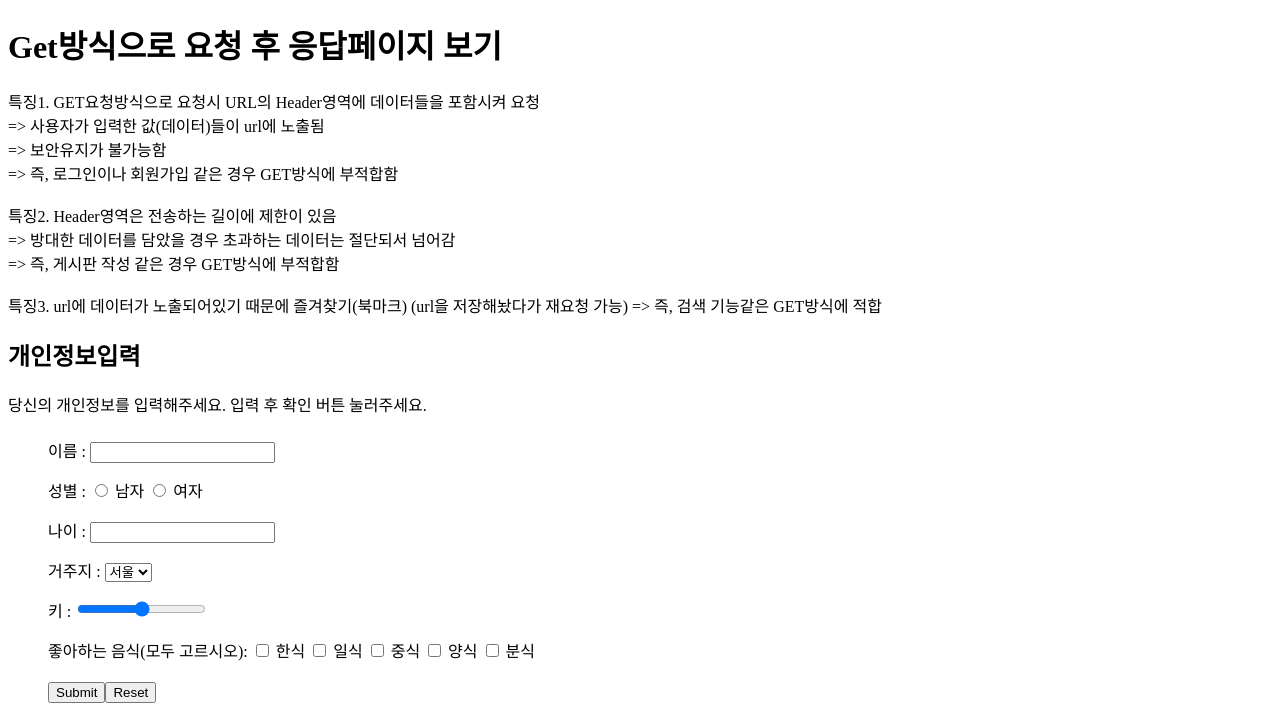
Repository: seunghee971015/Server_Work
Page: Servlet01/src/main/webapp/views/requestTest_GET.html
The author's editor kept a copy of each file at every save. The page is drawn from the files as they stood at one save, then again after the next save.
The browser window is 1280 px wide. The pictures show the whole page.

Above is the page before, as saved 2023-10-11 01:52:35.

### Servlet01/src/main/webapp/views/requestTest_GET.html
<!DOCTYPE html>
<html>
<head>
<meta charset="UTF-8">
<title>Insert title here</title>

   <style>
      ul{
         list-style: none;
         line-height: 250%;
      }
   </style>
</head>
<body>
      <h1>Get방식으로 요청 후 응답페이지 보기</h1>

      <p>
         특징1. GET요청방식으로 요청시 URL의 Header영역에 데이터들을 포함시켜 요청<br>
         => 사용자가 입력한 값(데이터)들이 url에 노출됨<br>
         => 보안유지가 불가능함 <br>
         => 즉, 로그인이나 회원가입 같은 경우 GET방식에 부적합함 <br><br>

         특징2. Header영역은 전송하는 길이에 제한이 있음 <br>
         => 방대한 데이터를 담았을 경우 초과하는 데이터는 절단되서 넘어감 <br>
         => 즉, 게시판 작성 같은 경우 GET방식에 부적합함 <br><br>

         특징3. url에 데이터가 노출되어있기 때문에 즐겨찾기(북마크)
               (url을 저장해놨다가 재요청 가능)
               => 즉, 검색 기능같은 GET방식에 적합
      </p>

      <h2>개인정보입력</h2>
      <p>당신의 개인정보를 입력해주세요. 입력 후 확인 버튼 눌러주세요.</p>


      <!--
         form내에 제출버튼(submit타입) 클릭시
         form태그 속성중 action에 작성된 url로 요청됨 (요청시 사용자가 입력한 값들도 넘기면서)
         즉, Controller(Servlet)를 호출한다고 생각하면 된다.

         Servlet 요청 같은 경우 반드시 contextPath 뒤에 작성되어야한다.
         http://localhost:8888/Servlet01/

         절대경로방식(/로 시작하는 경우) : http://localhost:8888 뒤에 action값이 붙어지면서 요청
         상대경로방식(문구로 시작하는 경우) : 현재 이 페이지가 보여질때의 url의 마지막 /로부터 그 뒤에 action값이 붙어지면서 요청
      -->


      <form action="/Servlet01/views/test1.do" method="GET">
         <ul>
            <li>
               이름 : <input type="text" name="name">
            </li>
            <li>
               성별 :
               <input type="radio" name="gender" value="M"> 남자
               <input type="radio" name="gender" value="w"> 여자
            </li>
            <li>
            나이 : <input type="number" name="age">
         </li>
            <li>
            거주지 :
            <select name="city">
               <option>서울</option>
               <option>경기</option>
               <option>강원</option>
               <option>춘천</option>
               <option>경상</option>
               <option>전라</option>
               <option>제주</option>
            </select>
         </li>
            <li>
            키 : <input type="range" name="height" min="140" max="200">
         </li>
            <li>
            좋아하는 음식(모두 고르시오):
            <input type="checkbox" name="food" id="" value="한식"> 한식
            <input type="checkbox" name="food" id="" value="일식"> 일식
            <input type="checkbox" name="food" id="" value="중식"> 중식
            <input type="checkbox" name="food" id="" value="양식"> 양식
            <input type="checkbox" name="food" id="" value="분식"> 분식
         </li>
            <li>
               <input type="submit"><input type="reset">
            </li>
         </ul>
      </form>
</body>
</html>

After the next save:
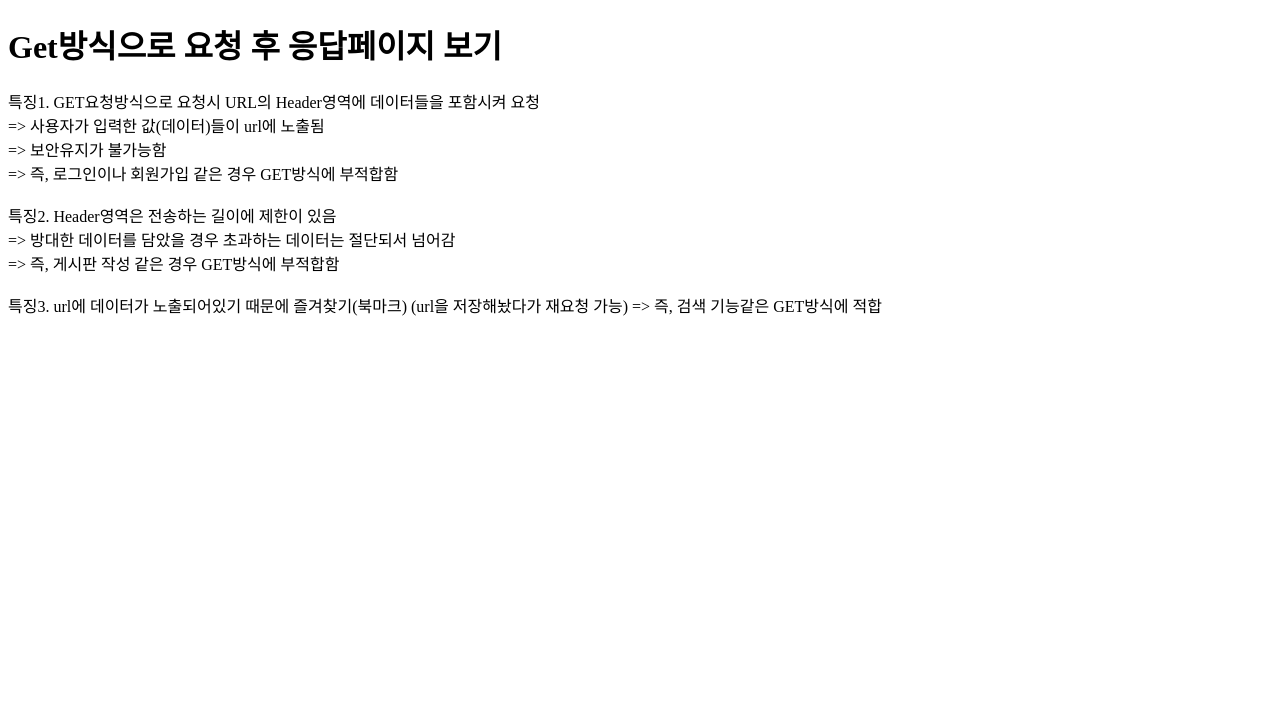
Saved 24 min 22 s later.
--- a/Servlet01/src/main/webapp/views/requestTest_GET.html
+++ b/Servlet01/src/main/webapp/views/requestTest_GET.html
@@ -29,8 +29,8 @@
                => 즉, 검색 기능같은 GET방식에 적합
       </p>
 
-      <h2>개인정보입력</h2>
-      <p>당신의 개인정보를 입력해주세요. 입력 후 확인 버튼 눌러주세요.</p>
+      <!-- <h2>개인정보입력</h2>
+      <p>당신의 개인정보를 입력해주세요. 입력 후 확인 버튼 눌러주세요.</p> -->
 
 
       <!--
@@ -46,7 +46,7 @@
       -->
 
 
-      <form action="/Servlet01/views/test1.do" method="GET">
+      <!-- <form action="/Servlet01/test1.do" method="GET">
          <ul>
             <li>
                이름 : <input type="text" name="name">
@@ -86,6 +86,6 @@
                <input type="submit"><input type="reset">
             </li>
          </ul>
-      </form>
+      </form> -->
 </body>
 </html>
